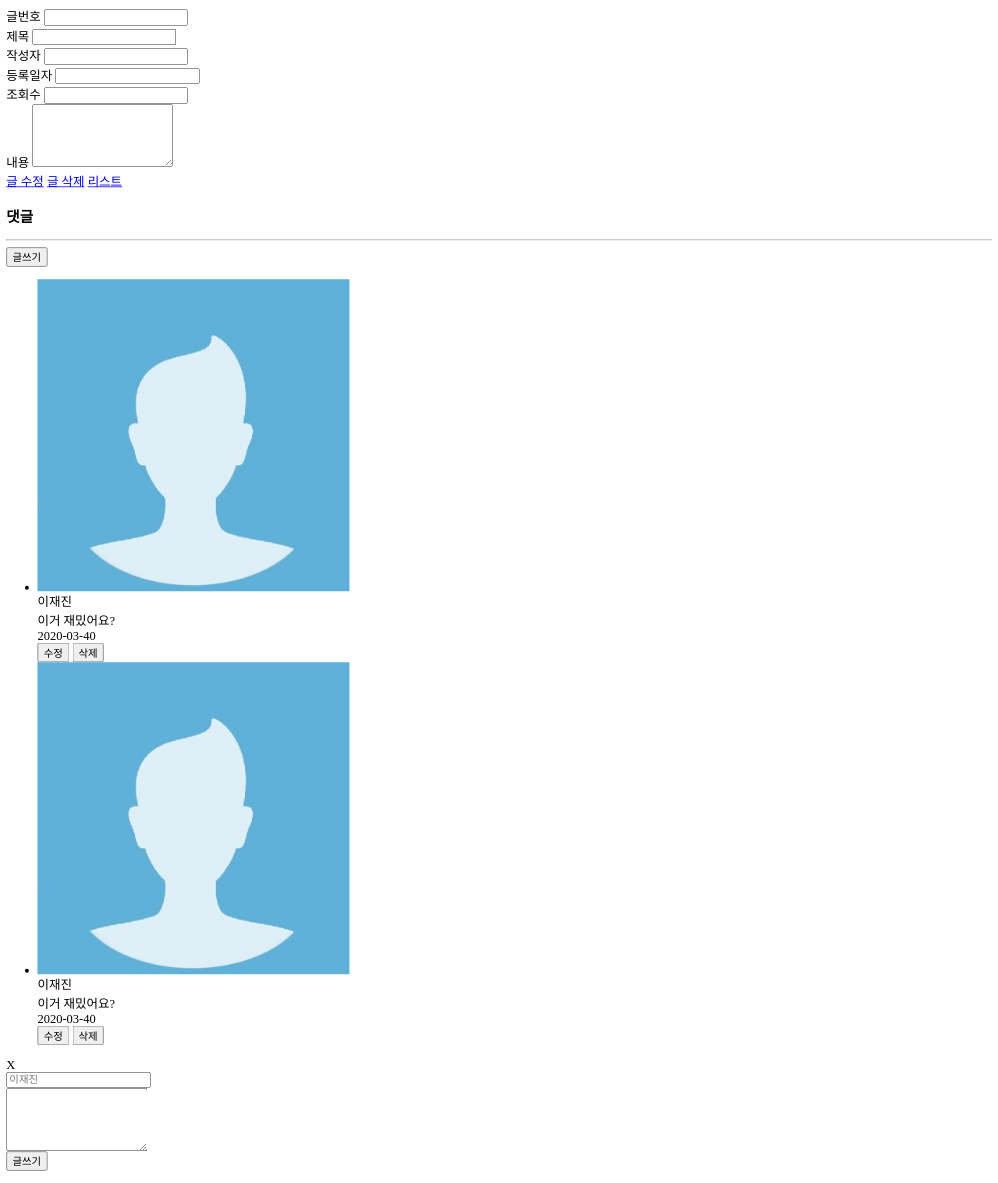
Repository: JaeJin2044/Community_spring
Page: http://localhost/Community/WEB-INF/views/board/detail.jsp
These files come from the project's save history. The page is drawn as it stood at one moment and after the next save; the edit follows.
The browser window is 1280 px wide. The pictures show the whole page, at 78% of full size.
The page is served by Tomcat 9. Nobody is signed in. Other server files are loaded and not shown. The template is opened directly, without the code that normally fills it, so the values that code supplies are empty.

Above is the page before, as saved 2021-03-29 08:07:57.

### Community/src/main/webapp/WEB-INF/views/board/detail.jsp
<%@ page language="java" contentType="text/html; charset=UTF-8"
    pageEncoding="UTF-8"%>
<%@ taglib prefix="c" uri="http://java.sun.com/jsp/jstl/core"%>

<section>
	<article>
		<div class="container" role="main">
			<form name="form" id="form" role="form" method="post"
				action="/board/write">
				<div class="mb-3">
					<label for="b_seq">글번호</label>
					 <input type="text" class="form-control" name="b_seq" id="b_seq"
						value="${data.b_seq}" readonly>
				</div>
				<div class="mb-3">
					<label for="b_title">제목</label>
					 <input type="text" class="form-control" name="b_title" id="b_title"
						value="${data.b_title}" readonly>
				</div>
				<div class="mb-3">
					<label for="b_writer">작성자</label>
					<input type="text" class="form-control" name="b_writer" id="b_writer"
						value="${data.b_writer}" readonly >
				</div>
				<div class="mb-3">
					<label for="b_regdate">등록일자</label>
					<input type="text" class="form-control" name="b_regdate" id="b_regdate"
						value="${data.b_regdate}" readonly >
				</div>
				<div class="mb-3">
					<label for="b_hitcounts">조회수</label>
					<input type="text" class="form-control" name="b_hitcounts" id="b_hitcounts"
						value="${data.b_hitcounts}" readonly >
				</div>
				<div class="mb-3">
					<label for="b_content">내용</label>
					<textarea class="form-control" rows="5" name="b_content" id="b_content" readonly
					>${data.b_content}</textarea>
				</div>
				<div>
				<c:if test="${loginUser.u_pk == data.u_pk}">
					<a href="/board/edit?b_pk=${data.b_pk}" class="btn btn-sm btn-primary">글 수정</a>
					<a href="/board/delete?b_pk=${data.b_pk}&b_category=${data.b_category}" class="btn btn-sm btn-primary">글 삭제</a>
				</c:if>
					<a href="/board/list?b_category=${data.b_category}" class="btn btn-sm btn-primary">리스트</a>
				</div>
			</form>
			<div class="reply-container">
			    <h3>댓글</h3>
			    <hr>
			    <div class="writeBtn">
			    	<button class="btn" id="writeBtn">글쓰기</button>
			    </div>
			    <ul class="reply-list">
			      <li>
			        <div class="reply-profile">
			          <img src="/profile.jpg" alt="기본이미지">
			        </div>
			        <div class="reply-title">이재진</div>
			        <div class="reply-content">이거 재밌어요?</div>
			        <div class="reply-regdate">2020-03-40</div>
			        <div class="reply-btn-list">
			          <button class="btn">수정</button>
			          <button class="btn">삭제</button>
			        </div>
			      </li>
			      <li>
			        <div class="reply-profile">
			          <img src="/profile.jpg" alt="기본이미지">
			        </div>
			        <div class="reply-title">이재진</div>
			        <div class="reply-content">이거 재밌어요?</div>
			        <div class="reply-regdate">2020-03-40</div>
			        <div class="reply-btn-list">
			          <button class="btn">수정</button>
			          <button class="btn">삭제</button>
			        </div>
			      </li>
			    </ul>
		  </div>
		</div>
	</article>
	<div class="modal">
		<div class="writeModal">
			<form class="writeModal-form">

				<div>
					<div><span class="modal-close">X</span></div>
					<input class="modal-writer" type="text" name="" placeholder="이재진">
				</div>
				<div>
					<textarea class="modal-content" rows="5" name="b_content" id="b_content" readonly>
					</textarea>
				</div>
				<button class="btn" >글쓰기</button>
			</form>
		</div>
	</div>
</section>

After the next save:
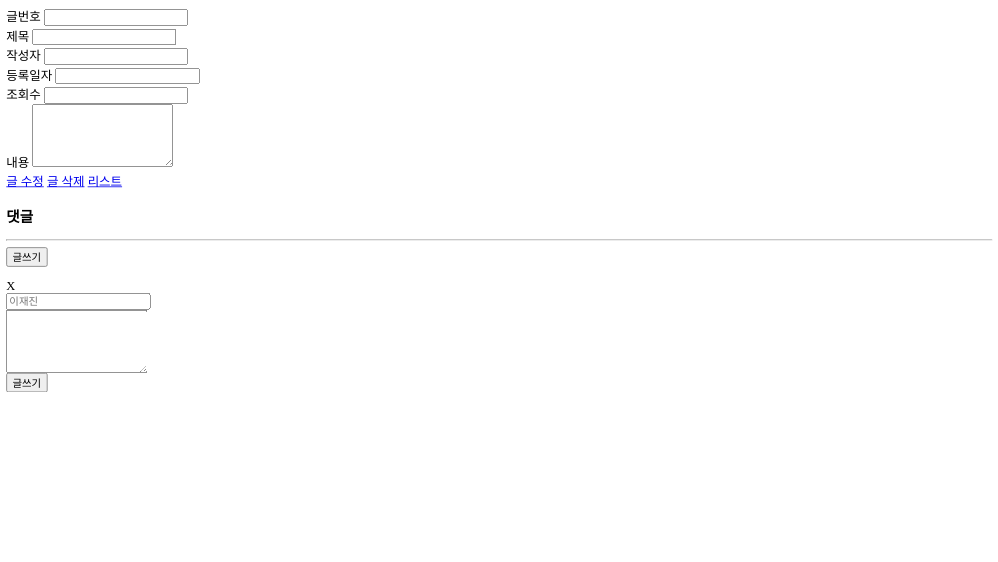
Saved 16 s later.
--- a/Community/src/main/webapp/WEB-INF/views/board/detail.jsp
+++ b/Community/src/main/webapp/WEB-INF/views/board/detail.jsp
@@ -51,49 +51,24 @@
 			    <div class="writeBtn">
 			    	<button class="btn" id="writeBtn">글쓰기</button>
 			    </div>
-			    <ul class="reply-list">
-			      <li>
-			        <div class="reply-profile">
-			          <img src="/profile.jpg" alt="기본이미지">
-			        </div>
-			        <div class="reply-title">이재진</div>
-			        <div class="reply-content">이거 재밌어요?</div>
-			        <div class="reply-regdate">2020-03-40</div>
-			        <div class="reply-btn-list">
-			          <button class="btn">수정</button>
-			          <button class="btn">삭제</button>
-			        </div>
-			      </li>
-			      <li>
-			        <div class="reply-profile">
-			          <img src="/profile.jpg" alt="기본이미지">
-			        </div>
-			        <div class="reply-title">이재진</div>
-			        <div class="reply-content">이거 재밌어요?</div>
-			        <div class="reply-regdate">2020-03-40</div>
-			        <div class="reply-btn-list">
-			          <button class="btn">수정</button>
-			          <button class="btn">삭제</button>
-			        </div>
-			      </li>
+
+			    <ul class="reply-list" id="reply-list">
+
 			    </ul>
 		  </div>
 		</div>
 	</article>
-	<div class="modal">
 		<div class="writeModal">
 			<form class="writeModal-form">
-
 				<div>
 					<div><span class="modal-close">X</span></div>
 					<input class="modal-writer" type="text" name="" placeholder="이재진">
 				</div>
 				<div>
-					<textarea class="modal-content" rows="5" name="b_content" id="b_content" readonly>
+					<textarea class="modal-content" rows="5" name="b_content" id="b_content">
 					</textarea>
 				</div>
 				<button class="btn" >글쓰기</button>
 			</form>
 		</div>
-	</div>
 </section>
